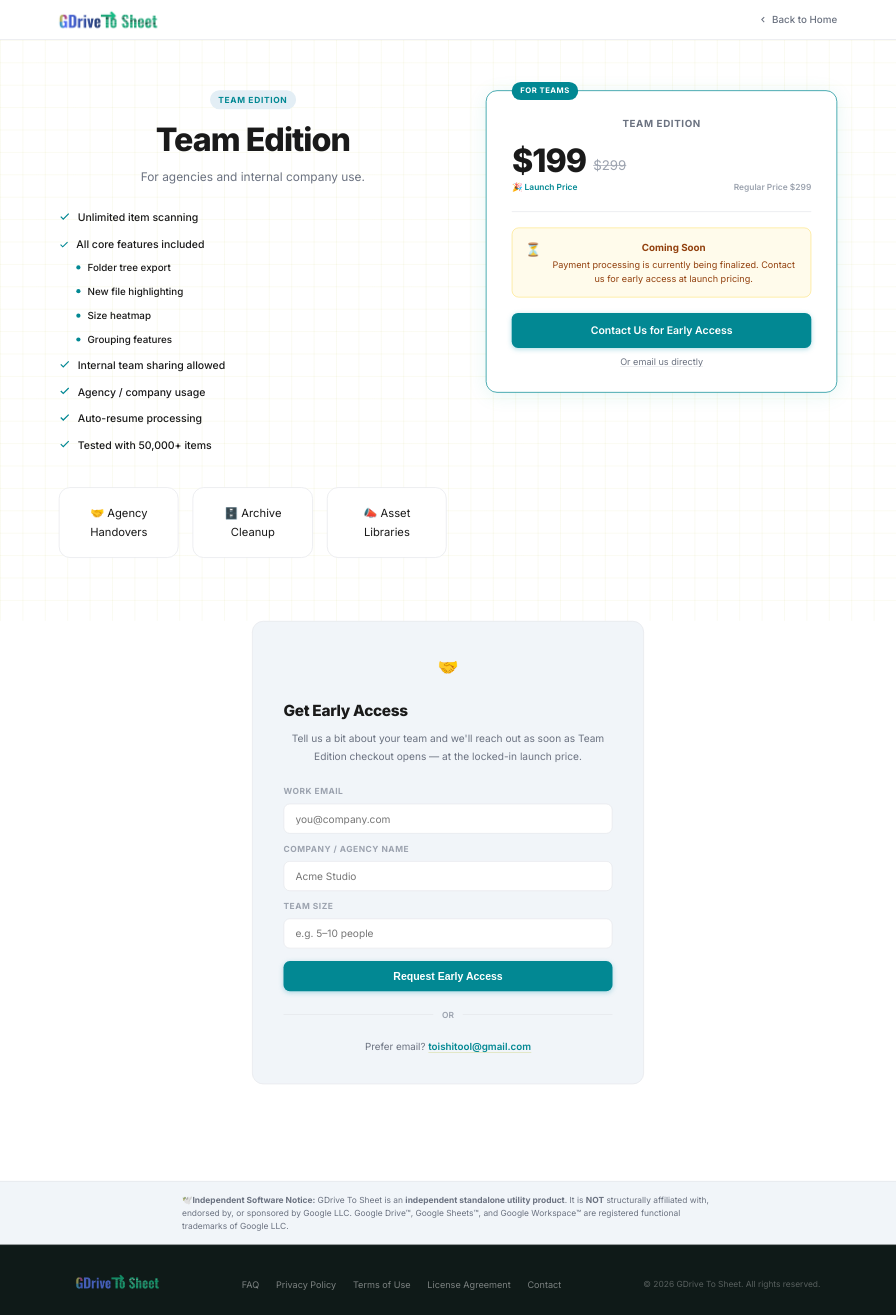
Repository: toishitool/gdrive-to-sheet
Page: team-edition.html
An editor plug-in stored every save of this project. The page is shown before and after the next save, followed by the edit.
The browser window is 1280 px wide. The pictures show the whole page, at 70% of full size.

Above is the page before, as saved 2026-06-20 22:01:43.

After the next save:
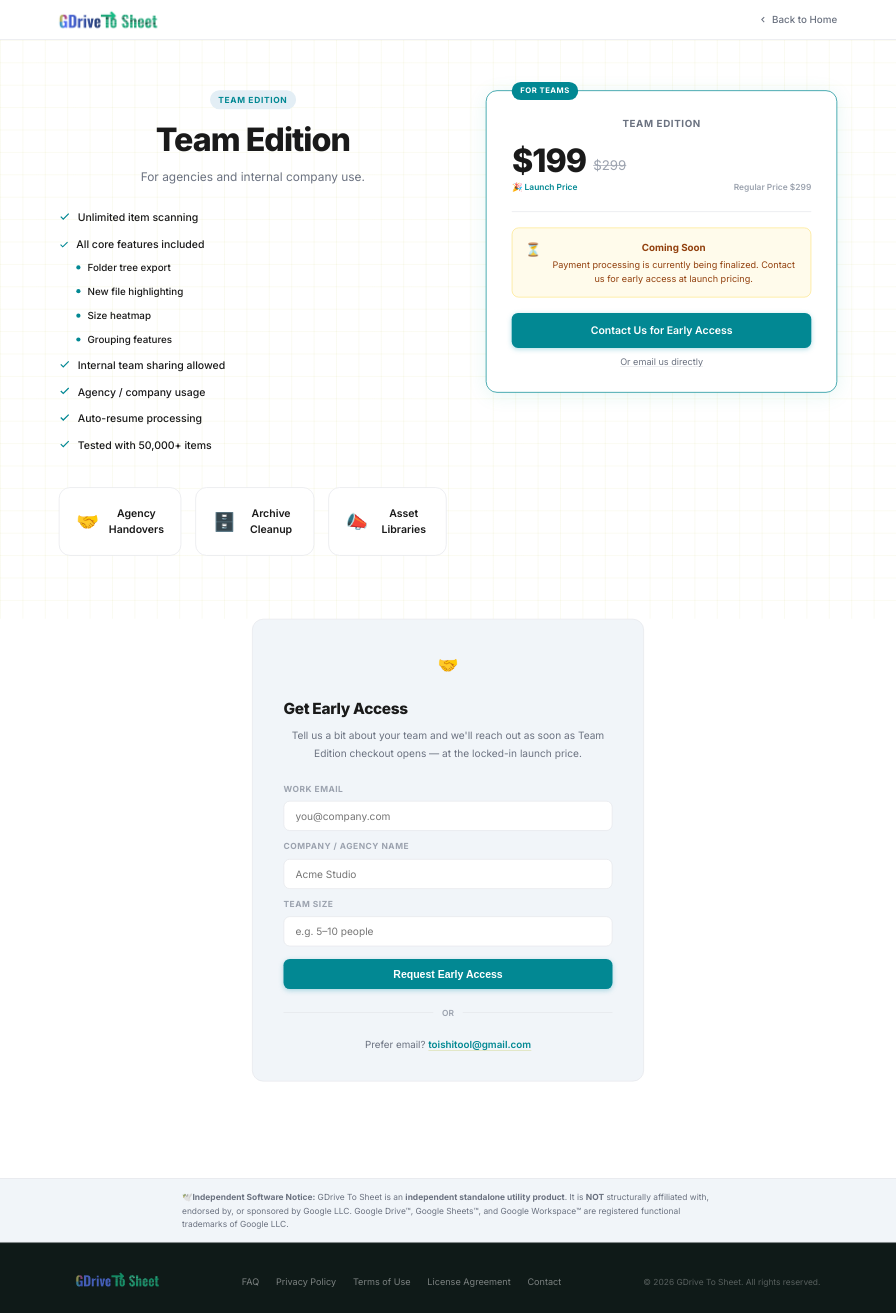
Saved 77 s later.
--- a/team-edition.html
+++ b/team-edition.html
@@ -70,9 +70,9 @@
           <li><svg width="17" height="17" fill="none" stroke="currentColor" stroke-width="2.5" viewBox="0 0 24 24"><polyline points="20 6 9 17 4 12"/></svg> Tested with 50,000+ items</li>
         </ul>
         <div class="use-grid">
-          <div class="use-card">🤝 Agency Handovers</div>
-          <div class="use-card">🗄️ Archive Cleanup</div>
-          <div class="use-card">📣 Asset Libraries</div>
+          <div class="use-card"><span class="use-icon">🤝</span> <h3>Agency Handovers</h3></div>
+          <div class="use-card"><span class="use-icon">🗄️</span> <h3>Archive Cleanup</h3></div>
+          <div class="use-card"><span class="use-icon">📣</span> <h3>Asset Libraries</h3></div>
         </div>
       </div>
 
